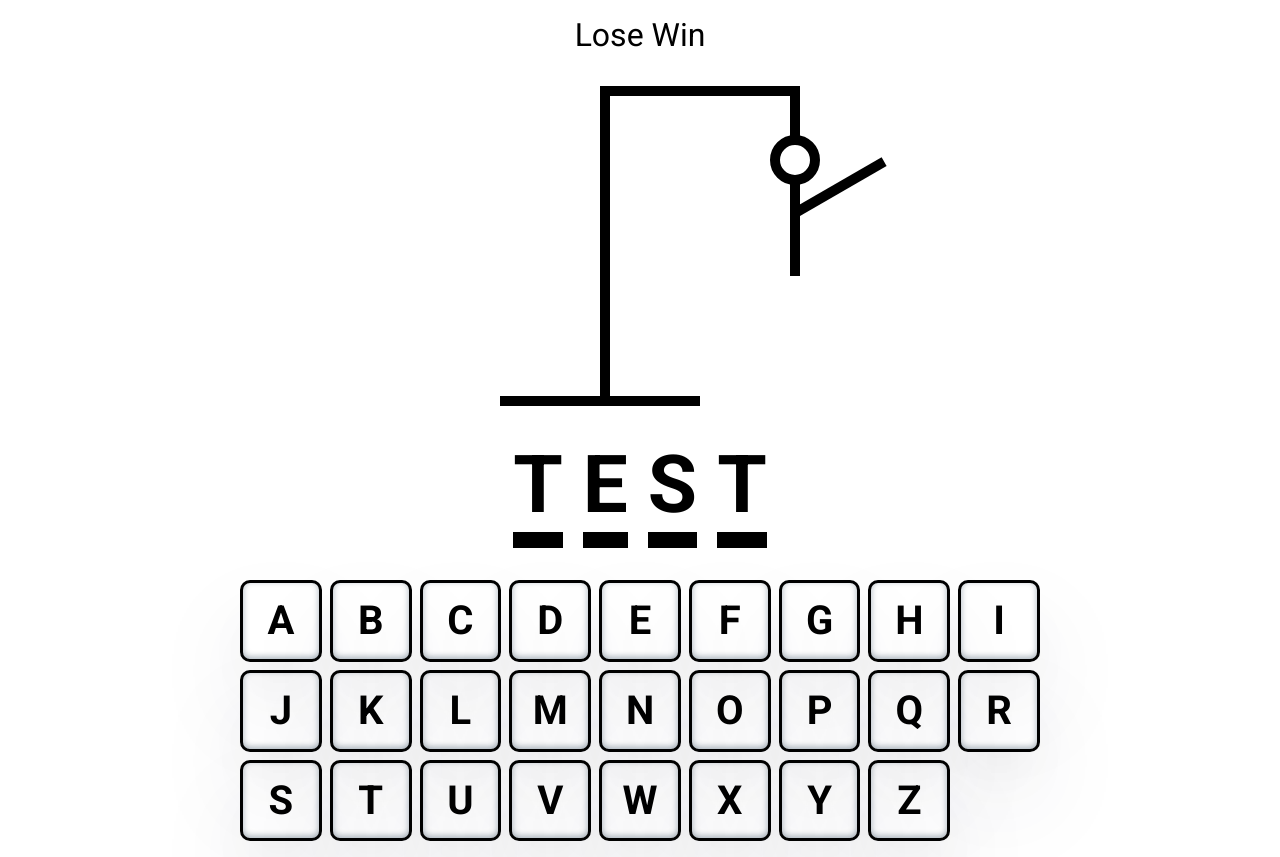
Repository: guilhermecardoso93/jogodaforca
Page: /
An editor plug-in stored every save of this project. The page is shown before and after the next save, followed by the edit.
The browser window is 1280 px wide. The pictures show the whole page.
The project was rebuilt for these pictures with package versions that can differ from the ones it lists, and the page was loaded fresh each time. Also part of the build but not shown: vite.config.ts.

Above is the page before, as saved 2022-12-06 21:47:34.

After the next save:
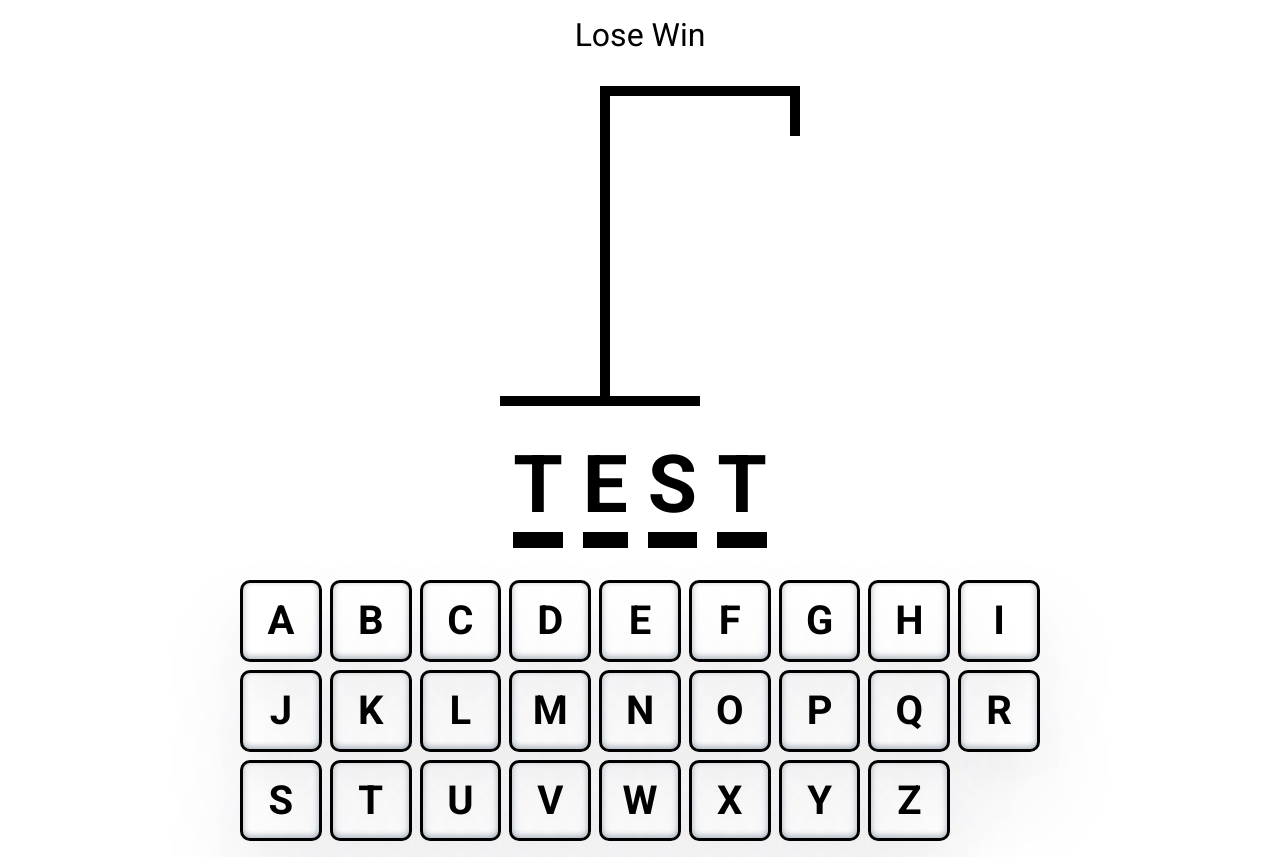
Saved 84 s later.
--- a/src/App.tsx
+++ b/src/App.tsx
@@ -13,7 +13,7 @@ export function App() {
   };
 
   const [wordToGuess, setWordToGuess] = useState(randomWords);
-  const [guessedLetters, setGuessedLetters] = useState<string[]>(['s','g','a','e']);
+  const [guessedLetters, setGuessedLetters] = useState<string[]>([]);
 
   const incorrectLetters = guessedLetters.filter(
     letter => !wordToGuess.includes(letter)
